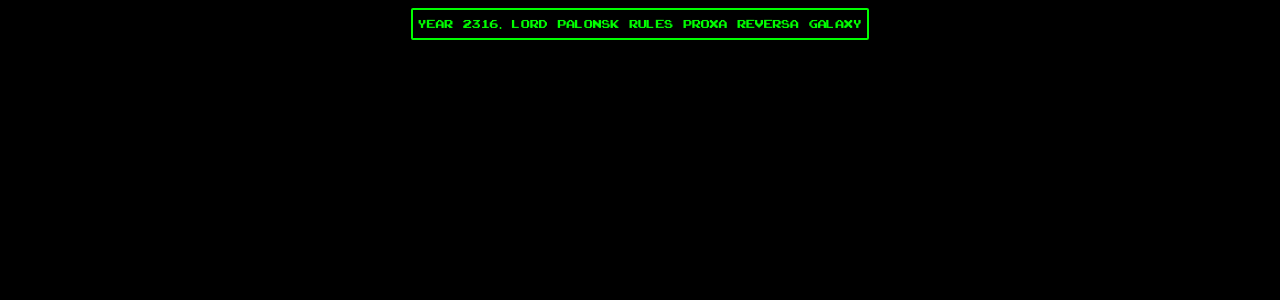
Repository: MarianoGitelman/javascript
Page: GalaHA.html
The author's editor kept a record of every edit. The page is drawn from the files as they stood at one moment, then again after the next edit.
The browser window is 1280 px wide. The pictures show the whole page.

Above is the page before.

### GalaHA.html


<head>
<meta charset="utf-8">
<title>Game chars</title>
<script type="text/javascript" src="jquery.js"></script>
<script type="text/javascript" src="gameCharset.js"></script>

<link href="shooter.css" type="text/css" rel="stylesheet">
<script src="mGame.js"></script>
<script src="shooter.js"></script>

</head>

<body>

</div>
<script>
    $(document).ready(function(){
        //Conque espiando eh?
        //No hay problema

        //Próximamente clases de programación via Skype

    	var msgQueue = new MsgQueue({
    	    target  : 'body',
    	    msgs    : [
    	        {
    	            text: "YEAR 2316. LORD PALONSK RULES PROXA REVERSA GALAXY"
    	        },
    	        {
    	            text: "HIS EMPIRE CONTROLS THE PEOPLE'S ACCESS TO MEDIA"
    	        },
    	        {
    	            text: "AND PUNISHES THE REBELS WHO WANT TO LIVE FREE IN WHATSAPPONIA SYSTEM"
    	        },
    	        {
    	            text: "YOU CAN END THIS DICTATORSHIP. HELP US"
    	        }
            ],
            callback   : function(){
    			var game = new Shooter(
    				{
    					target		: 'body'
    				}
    			);
    	     }
    	});
    	msgQueue.run();
    });
</script>

</body>
</html>

### gameCharset.js
$('head').append('<link href="msg.css" type="text/css" rel="stylesheet">');

function Msg(conf){
    var me = this;
    var defaults = {
        text    : "texto default",
        height  : 200,
        width   : 200,
        target  : 'body'
    };
    $.extend(defaults, conf);
    $.extend(me, defaults);
    //console.log("Msg", me);

    var markup = $('<div class="Msg" style="opacity:0">'+me.text+'</div>');

    $(me.target).append(markup);
    markup.animate({opacity:1}, 500);
    markup.one("click", function(){
        markup.animate({opacity:0}, 500,null, function(){
            markup.remove();
            if( me.callback ){
                me.callback();
            }
        });

    });
    return me;
}

function TH(conf){//Talking head
    var me = this;
    var defaults = {
        text    : "texto default",
        height  : 200,
        width   : 200,
        target  : 'body'
    };
    $.extend(defaults, conf);
    $.extend(me, defaults);

    me.markup = $('<div class="Msg th" style="opacity:0;">'
                    +'<div class="sprite" style="background-image:url('+me.sprite.file+');width:'+me.sprite.width+'px;height:'+me.sprite.height+'px;"></div>'
                    +'<div class="text"></div>'
                +'</div>');

    $(me.target).append(me.markup);
    me.markup.animate({opacity:1}, 500);
    var sprite  = me.markup.find('.sprite')[0];
    var text    = me.markup.find('.text');
    var textI   = 0;
    me.timer = setInterval(function(){
        var nextPos = Math.round(Math.random()*(me.sprite.positions.length-1));
        sprite.style["background-position"]=me.sprite.positions[nextPos][0]+'px '+me.sprite.positions[nextPos][1]+'px';
        if( textI<me.text.length){
            text.append(me.text[textI]);
            textI++;
        }
    }, 75);

    $(me.target).one("click", function(){
        me.end();
    });
    $(me.target).on("keydown", function(e){
        console.log("keydown", this, e);
        if( e.keyCode==13 || e.keyCode==32 ){
            $(this).off("keydown");
            me.end();
        }
    });
    return me;
}
TH.prototype.end = function(){
    var me = this;
    me.markup.animate({opacity:0}, 500,null, function(){
        clearInterval(me.timer);
        me.markup.remove();
        if( me.callback ){
            me.callback();
        }
    });
}

function MsgQueue(conf){
    var me = this;
    $.extend(me, conf);
}
MsgQueue.prototype.run = function(){
    var me = this;
    var msgConf = me.msgs.splice(0,1)[0];
    if( msgConf ){
        var msg = new Msg({
             text       : msgConf.text,
             callback   : function(){
                me.run();
             }

        });
    }
    else{
        me.callback();
    }

}

### shooter.css
@font-face {
    font-family: arcade;
    src: url("ARCADECLASSIC.TTF");
}
/*body{
	background-color: black;
    color: green;
    font-family: monospace;
    margin: 0px;
    overflow: hidden;
}*/
.gameContainer{
	background-color: black;
    color: green;
    font-family: monospace;
	width:100%;
	height:600px;
	margin: 0px;
}
.console{
	display:none;
	position: absolute;
    border: 1px solid green;
    box-shadow: 2px 2px 12px #030;
}
.console .counter{
	top:0px;
	left:0px;
}
.console span.input {
	margin-left:10px;
}
.console span.input.pressed {
	font-weight:bold;
	color:#0f0;
}
.playfield{
	position:relative;
	top:0px;
	left:0px;
	height:550px;
}
.vert{
	float:left;
	height:100%;
	border-left:none;
}

.Actor{
	position:absolute;
}
.Actor .hitbox{
	position:absolute;
	/*border:1px solid green;*/
}
.Actor.Ship{
	width:50px;
	height:50px;
	left:50%;
}
.Actor.ship.PlayerShip{
	top:80%;
	/*background-color:green;*/
	color:white;
    background-image: url(sprites.png);
    background-position: 564px -16px;
    /*border: 1px solid white;*/
}
.Actor.ship.PlayerShip.dead{
	color:red;
}
.Actor.ship.PlayerShip.collision{
	background-color:white;
	color:black;
}
.Actor.ship.EnemyShip{
	top:70%;
	/*background-color:blue;*/
	color:white;
    background-image: url(sprites2.png);
    background-position: 564px -133px;
}
.Actor.ship.EnemyShip.collision{
	background-color:white;
}
.Actor.collision{
	/*border:1px solid white;*/

}

.Actor.ship.EnemyShip.EnemyShipType0{
    background-position: 785px -37px;
    height: 75px;
    top: 70%;
    width: 90px;
}
.Actor.ship.EnemyShip.EnemyShipType1{
    background-image: url("sprites3.png");
    background-position: -106px 0px;
    height: 79px;
    width: 108px;
}

.Actor.ship.EnemyShip.EnemyShipTypeBoss1{
    background-position: 754px 309px;
    width: 300px;
    height: 285px;
}
.Actor .hitbox{
	/*background-color:rgba(0,255,255,0.5);*/
}

.Actor.Shoot{
	background-color: #f22;
    height: 3px;
    width: 3px;
}

.Actor.Shoot.EnemyShoot{
	width:6px;
	height:6px;

}
.Actor.Shoot.EnemyShoot.type1{
	width:12px;
	height:12px;
}

.starField{
	position:absolute;
	top:0px;
	left: 0px;
	/*z-index: -1000;*/
	width:100%;
	/*height: 100%;*/
}
.starField .layer{
	width:100%;
	height:100%;
}
.starField .backgroundStar{
	position:absolute;
	width:2px;
	height: 2px;
	background-color: rgb(128,128,255);
	/*
    box-shadow: 0px 0px 10px rgb(128,128,255),0px 0px 10px rgb(128,128,255),0px 0px 10px rgb(128,128,255);
    background-color: rgb(128,128,255);
    */
}

.starField .layer.i0 .backgroundStar{
	width:4px;
	height: 4px;
	/*
    height: 5px;
    width: 5px;
    border-radius: 10px;
    background-color: rgb(190,190,255);
    */
}
.starField .layer.i1 .backgroundStar{
	width:2px;
	height: 2px;
}
.starField .layer.i2 .backgroundStar{
	width:1px;
	height: 1px;
}

.hud{
	position:relative;
	top:0px;
	width: 100%;
	height: 50px;
	border:1px solid green;
	font-family: arcade;

}
.hud table{
	width:100%;
	text-align: center;
	color:#0f0;
	table-layout: fixed;
}

### mGame.js
var m = m||{};
function Input(conf){
	var me = this;
	me.target = conf.target;

	me.mRight	= false;
	me.mLeft	= false;
	me.kSpace	= false;
	me.kLeft	= false;
	me.kRight	= false;
	console.log("bind", me.target);
	$(me.target).on("keydown", function(e){
		//console.log("[Input] keydown", e.keyCode);
		switch(e.keyCode){
			case 32	: me.kSpace	= true; break;
			case 37	: me.kLeft	= true; break;
			case 39	: me.kRight	= true; break;
			case 38	: me.kUp	= true; break;
			case 40	: me.kDown	= true; break;
		}

	});
	$(me.target).on("keyup", function(e){
		//console.log("[Input] keyup", e.keyCode);
		switch(e.keyCode){
			case 32	: me.kSpace	= false; break;
			case 37	: me.kLeft	= false; break;
			case 39	: me.kRight	= false; break;
			case 38	: me.kUp	= false; break;
			case 40	: me.kDown	= false; break;
		}
	});
	/*$(me.target).on("mousedown", function(e){
		me.mLeft = true;
	});
	$(me.target).on("mouseup", function(e){
		me.mLeft = false;
	});

	$(me.target).on("mousemove", function(e){
		//console.log(e.pageX);
	});*/
	$(me.target).on("click", function(e){
		console.log("click!");
	});

	return me;
}

function Actor(conf){
	var me = this;
	//console.log("[Actor] constructor", conf);
	var classNames = [];
	if( conf.classNames ){
		classNames = conf.classNames;
	}
	classNames.push('Actor');
	//console.log("Actor classNames", classNames, classNames.toString().replace(/,/g, " "), typeof this);
	me.el = $('<div class="'+classNames.toString().replace(/,/g, " ")+'"></div>');
	//me.hitBoxes=[];
	me.collisionAnimationDuration = 15;
	me.collisionAnimationIndex = 0;
	me.dyingI = -1;
	me.dyingDuration = 10;
	me.center	= [null, null];

	for( var si in me.hitBoxes ){
		me.hitBoxes[si].el = $('<div class="surface"></div>');
		me.hitBoxes[si].el.css(me.hitBoxes[si]);
		me.el.append(me.hitBoxes[si].el);

	}

	$(conf.target).append(me.el);
	me.w = me.el.width();
	me.h = me.el.height();
	me.x2 = me.x+me.w;//deberían reemplazarse con una llamada a .update()
	me.y2 = me.y+me.h;
	me.accel = [0,0];
	me.accelAmount = 15;
	//me.update();
	return me;
}
Actor.prototype.move = function(params){//recibe deltax, deltay
	var me = this;
	//console.log("[Ship] move", params);
	if( params.x ){
		this.x = me.x+params.x;
	}
	if( params.y ){
		this.y = me.y+params.y;
	}
}
/*Actor.prototype.collision = function(c){
	if(c){
		this.el[0].classList.add("collision");
	}
	else{
		this.el[0].classList.remove("collision");
	}
}*/
Actor.prototype.collision = function(){
	this.colliding=true;
	this.collisionAnimationIndex=0;
}
Actor.prototype.doCollision = function(){
	if( this.collisionAnimationIndex<this.collisionAnimationDuration ){
		this.el[0].classList.add("collision");
		this.collisionAnimationIndex++;
	}
	else{
		this.el[0].classList.remove("collision");
		this.colliding=false;
	}
}
Actor.prototype.getX = function(){
	return this.x;
}
Actor.prototype.getY = function(){
	return this.y;
}
Actor.prototype.update = function(){
	var nextX = this.x+this.accel[0];
	var nextY = this.y+this.accel[1];
	var nextX2 = nextX + this.w;
	var nextY2 = nextY + this.h;
	if( !this.constrainToTarget ){
		this.x = nextX;
		this.y = nextY;
		this.x2 = nextX2;
		this.y2 = nextY2;
	}
	else{
		if( nextX>=0&&nextX2<=this.target.w ){
			this.x = nextX;
			this.x2= nextX2;
		}
		else{
			if( nextX<=0 ){
				this.x=0;
				this.x2=this.x+this.w;
				this.accel[0]=0;

			}
			if( nextX2>=this.target.w ){
				this.x=this.target.w-this.w;
				this.x2=this.x+this.w;
				this.accel[0]=0;
			}
		}
		if( nextY>=0&&nextY2<=this.target.h ){
			this.y = nextY;
			this.y2 = nextY2;
		}
		else{
			if( nextY<=0 ){
				this.y=0;
				this.y2=this.y+this.h;
				this.accel[1]=0;
			}
			if( nextY2>=this.target.h ){
				this.y=this.target.h-this.h;
				this.y2=this.y+this.w;
				this.accel[1]=0;
			}

		}
	}
	this.center = [ this.x+(this.w/2), this.y+(this.h/2) ];
	//ahora update a todas las caras
	for( var si in this.hitBoxes ){
		var s = this.hitBoxes[si];
		s.x = this.x+s.left;
		s.x2 = s.x+s.width;
		s.y = this.y+s.top;
		s.y2 = s.y+s.height;
	}

	if( this.colliding ){
		this.doCollision();
	}

	if( this.dyingI>=0 ){
		this.doDying();
	}
}
Actor.prototype.setWidth = function(w){
	this.width = w;
	this.el.width(w);
}
Actor.prototype.setHeight = function(h){
	this.height = h;
	this.el.height(h);
}
Actor.prototype.render	= function(){
	this.el[0].style.top = this.y;
	this.el[0].style.left = this.x;
}
Actor.prototype.accelUp	= function(){
	if( this.accel[1]>-this.accelAmount ){
		this.accel[1]--;
	}
}
Actor.prototype.accelDown	= function(){
	if( this.accel[1]<this.accelAmount ){
		this.accel[1]++;
	}
}
Actor.prototype.accelLeft	= function(){
	if( this.accel[0]>-this.accelAmount ){
		this.accel[0]--;
	}
}
Actor.prototype.accelRight	= function(){
	if( this.accel[0]<this.accelAmount ){
		this.accel[0]++;
	}
}
Actor.prototype.brakeX	= function(){
	if( this.accel[0]>0 ){
		this.accel[0]--;
		return;
	}
	if( this.accel[0]<0 ){
		this.accel[0]++;
	}
}
Actor.prototype.brakeY	= function(){
	if( this.accel[1]>0 ){
		this.accel[1]--;
		return;
	}
	if( this.accel[1]<0 ){
		this.accel[1]++;
	}
}
Actor.prototype.brake = function(){
	this.brakeX();
	this.brakeY();
}
Actor.prototype.doDying  = function(){
	this.dyingI++;
	if( this.dyingSprite ){
		var backPos = this.dyingSprite.frames[parseInt((this.dyingI-1)*this.dyingSprite.frames.length/this.dyingDuration)];
		//console.log('[Actor] doDying', this.dyingI, backPos, this.el[0].backgroundPosition);
		this.el[0].style.backgroundPosition = backPos[0]+'px '+backPos[1]+'px';
	}


	if( this.dyingI>=this.dyingDuration ){
		this.alive = false;
		this.dyingI = -1;
		console.log("[Actor] Dead!");
	}
}
Actor.prototype.kill = function(){
	console.log("[Actor] kill");
	this.dyingI = 0;
}

function Trajectory(conf){
	$.extend(this, conf);
	return this;
};

function isCollision(a1, a2){//deprecar
	if(
		(a1.y>=a2.y && a1.y<=a2.y2 ||
		a1.y2>=a2.y && a1.y2<=a2.y2)
			&&
		(a1.x>=a2.x && a1.x<=a2.x2 ||
		a1.x2>=a2.x && a1.x2<=a2.x2)
	)
	{
		//console.log("isCollision", a1.y>=a2.y && a1.y<=a2.y2, a1.y2>=a2.y && a1.y2<=a2.y2, a1.x>=a2.x && a1.x<=a2.x2, a1.x2>=a2.x && a1.x2<=a2.x2);
		return true;
	}
}

function isRectangleCollision(r1, r2){//actor1, actor2
	if(
		(r1.y>=r2.y && r1.y<=r2.y2 ||
		r1.y2>=r2.y && r1.y2<=r2.y2)
			&&
		(r1.x>=r2.x && r1.x<=r2.x2 ||
		r1.x2>=r2.x && r1.x2<=r2.x2)
	)
	{
		return true;
	}
}

function isActorCollision(a1, a2){
	if( a1.hitBoxes&&a1.hitBoxes.length>0 ){
		for( var sa1i in a1.hitBoxes ){
			if( a2.hitBoxes&&a2.hitBoxes.length>0 ){
				for( var sa2i in a2.hitBoxes  ){
					if( isRectangleCollision(a1.hitBoxes[sa1i], a2.hitBoxes[sa2i]) ){
						//console.log('isSurfaceCollision', a1.hitBoxes[sa1i], a2.hitBoxes[sa2i])
						return true;
					}
				}
			}
			else{
				if( isRectangleCollision(a1.surfaces[sa1i], a2) ){
					return true;
				}
			}
		}
	}
	else{
		if( a2.surfaces&&a2.surfaces.length>0 ){
			for( var sa2i in a2.surfaces  ){
				//console.log("check", a1, a2);
				if( isRectangleCollision(a1, a2.surfaces[sa2i]) ){
					//console.log("col", a1, a2);
					return true;
				}
			}
		}
		else{
			return isRectangleCollision(a1, a2);
		}
	}
}

/*
function isInsideConstrain
*/
function isInsideConstrain(a, fp){//devuelve si la posición de un actor está dentro de su constrain
	//a implementar
	//console.log("isInsideConstrain", a, fp);

}

### msg.css
@font-face {
    font-family: arcade;
    src: url("ARCADECLASSIC.TTF");
}
body{
    background:black;
    text-align:center;
}
.Msg {
    border: 2px solid #0f0;
    border-radius: 2px;
    color: #0f0;
    cursor: pointer;
    display: inline-block;
    font-family: arcade;
    margin: auto;
    padding: 5px;
    position: relative;
    word-spacing: 8px;
    top: 0px;
    margin: auto;
    left: auto;
}

.Msg.th{
    position:fixed;
    text-align:center;
    width:99%;
    left:0px;
    top:40%;
    background-color: rgba(0,0,0,0.5);
}
.Msg.th .sprite {
    margin:auto;
    display: inline-block;
}
.Msg.th .text {
    width:400px;
    margin:auto;
    display: inline-block;
}

Loaded but not shown: jquery.js (library); shooter.js (963 lines, source omitted)

After the next edit:
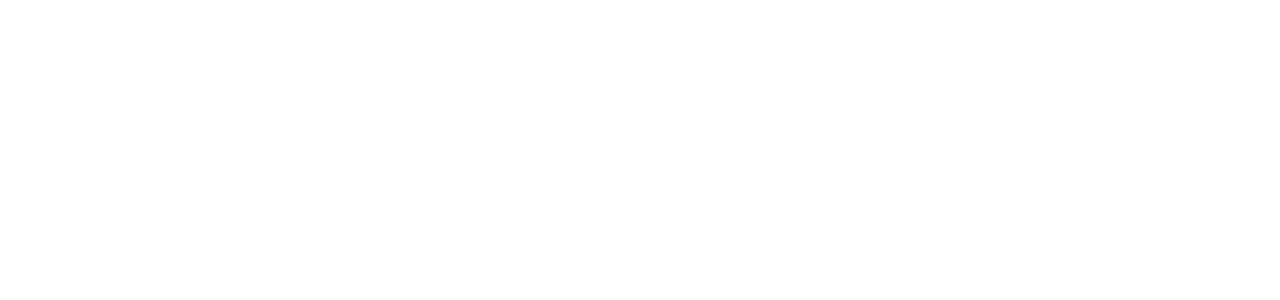
Console error: SyntaxError: Invalid or unexpected token
The edit:
--- a/gameCharset.js
+++ b/gameCharset.js
@@ -58,7 +58,7 @@
         }
     }, 75);
 
-    $(me.target).one("click", function(){
+    /*$(me.target).one("click", function(){
         me.end();
     });
     $(me.target).on("keydown", function(e){

After the edit that followed:
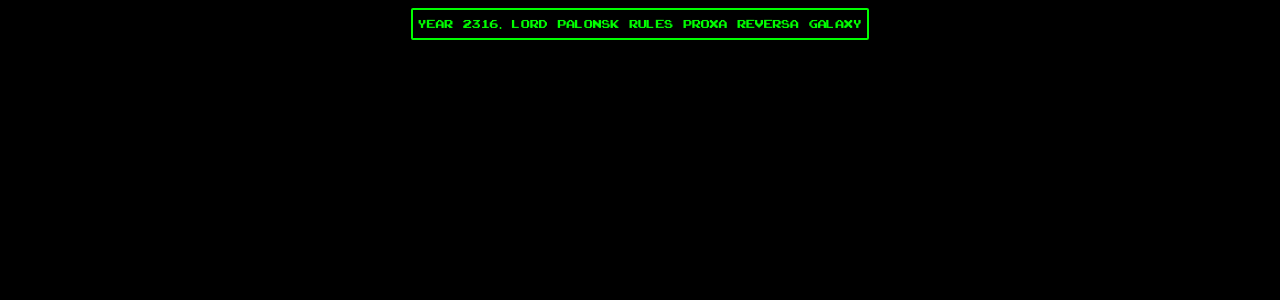
The error is gone.
The edit:
--- a/gameCharset.js
+++ b/gameCharset.js
@@ -60,7 +60,7 @@
 
     /*$(me.target).one("click", function(){
         me.end();
-    });
+    });*/
     $(me.target).on("keydown", function(e){
         console.log("keydown", this, e);
         if( e.keyCode==13 || e.keyCode==32 ){
